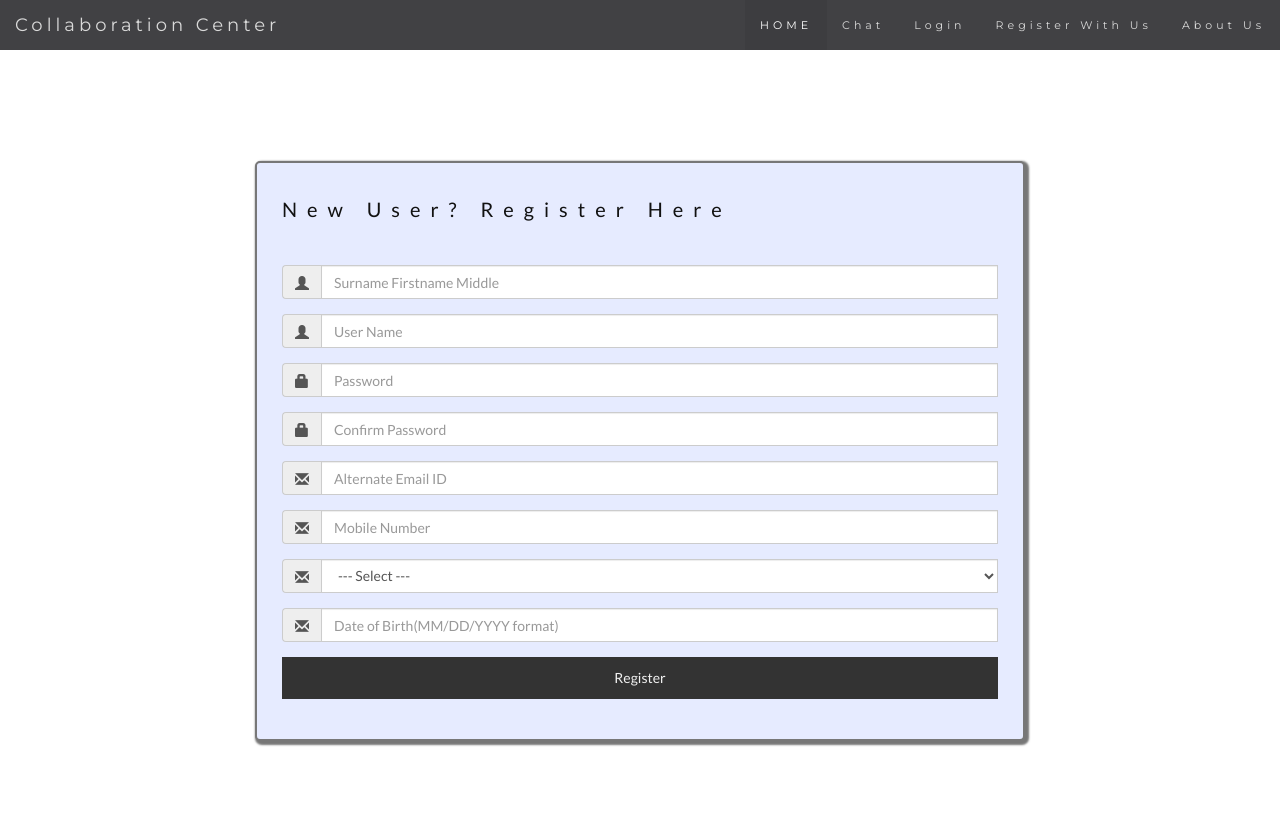
Repository: MokashiN/TestRepository
Page: http://localhost/MyChatApp/WEB-INF/views/Register.jsp
The author's editor kept a copy of each file at every save. The page is drawn from the files as they stood at one save, then again after the next save.
The browser window is 1280 px wide. The pictures show the whole page.
The page is served by Tomcat 9. Nobody is signed in. Other server files are loaded and not shown. The template is opened directly, without the code that normally fills it, so the values that code supplies are empty.

Above is the page before, as saved 2016-09-09 07:16:34.

### MyChatApp/src/main/webapp/WEB-INF/views/Register.jsp


<%@ page language="java" contentType="text/html; charset=ISO-8859-1"
    pageEncoding="ISO-8859-1"%>


<!DOCTYPE html PUBLIC "-//W3C//DTD HTML 4.01 Transitional//EN" "http://www.w3.org/TR/html4/loose.dtd">
<html>
<nav class="navbar navbar-default navbar-fixed-top">
  <div class="container-fluid">
    <div class="navbar-header">
      <button type="button" class="navbar-toggle" data-toggle="collapse" data-target="#myNavbar">
        <span class="icon-bar"></span>
        <span class="icon-bar"></span>
        <span class="icon-bar"></span>
      </button>
      <a class="navbar-brand" href="myPage">Collaboration Center</a>
    </div>
    <div class="collapse navbar-collapse" id="myNavbar">
      <ul class="nav navbar-nav navbar-right">
        <li><a href="#myPage">HOME</a></li>
        <li class="active"><a href="<y:url value='/Chat'/>"> Chat</a></li>
        <li class="active"><a href="<y:url value='/Login'/>"> Login</a></li>
        <li><a href="Register">Register With Us</a></li>
        <li><a href="AboutUs">About Us</a></li>
      </ul>
    </div>
  </div>
</nav>
<head>
 <script>
  function myFunction() {
   var pass1 = document.getElementById("pass1").value;
   var pass2 = document.getElementById("pass2").value;
   document.write(pass1);
   alert(pass1);
   var ok = true;
   if (pass1 != pass2) {
       alert("Passwords Do not match");
       document.getElementById("pass1").style.borderColor = "#E34234";
       document.getElementById("pass2").style.borderColor = "#E34234";
       ok = false;
   }
   //else {
      // alert("Passwords Match!!!");
  // }
   return ok;
}

  </script>
  </head>
<body >
<%@include file="header.jsp" %>
<br><br>
 <div class="container">
  <div class="row">
    <div class="Absolute-Center is-Responsive">
      <div id="logo-container"></div>
      <div class="col-sm-12 col-md-10 col-md-offset-1">
      <br/>
      <div style="border:2px solid;padding:25px;border-radius:5px 5px 5px 5px;box-shadow:2px 2px 2px 2px;background-color:#e6ebff">
      <div class="form-group input-group">

            <center><h3>New User? Register Here</a></h3></center>
          </div>

        <form:form method="POST" action="saveUser" class="login-form" commandName="userData">
         <div class="form-group input-group">
            <span class="input-group-addon"><i class="glyphicon glyphicon-user"></i></span>
            <form:input class="form-control" type="text" path='fullname'  placeholder="Surname Firstname Middle"/>
            <form:errors path="fullname" cssStyle="color: #ff0000;"/>
          </div>
         <div class="form-group input-group">
            <span class="input-group-addon"><i class="glyphicon glyphicon-user"></i></span>
            <form:input class="form-control" type="text" path='uname'  placeholder="User Name"/>
            <form:errors path="uname" cssStyle="color: #ff0000;"/>
          </div>
          <div class="form-group input-group">
            <span class="input-group-addon"><i class="glyphicon glyphicon-lock"></i></span>
            <form:input class="form-control" id="pass1" type="password" path='password' placeholder="Password"/>
            <form:errors path="password" cssStyle="color: #ff0000;"/>
          </div>
          <div class="form-group input-group">
            <span class="input-group-addon"><i class="glyphicon glyphicon-lock"></i></span>
            <form:input class="form-control" id="pass2" type="password" path='rpassword' placeholder="Confirm Password"/>
            <form:errors path="rpassword" cssStyle="color: #ff0000;"/>
          </div>
          <div class="form-group input-group">
            <span class="input-group-addon"><i class="glyphicon glyphicon-envelope"></i></span>
            <form:input class="form-control" path='emailid' placeholder="Alternate Email ID"/>
            <form:errors path="emailid" cssStyle="color: #ff0000;"/>
          </div>
          <div class="form-group input-group">
            <span class="input-group-addon"><i class="glyphicon glyphicon-envelope"></i></span>
            <form:input class="form-control" path='phone' placeholder="Mobile Number"/>
            <form:errors path="phone" cssStyle="color: #ff0000;"/>
          </div>

          <div class="form-group input-group">
            <span class="input-group-addon"><i class="glyphicon glyphicon-envelope"></i></span>
            <select path="gender"  id="gender" name="gender" class="form-control">
			   <option value="select">--- Select ---</option>
			   <option value="Male">Male</option>
			   <option value="Female">Female</option>
			</select>
          </div>
          <div class="form-group input-group">
            <span class="input-group-addon"><i class="glyphicon glyphicon-envelope"></i></span>
            <form:input class="form-control" path='dob' placeholder="Date of Birth(MM/DD/YYYY format)"/>
            <form:errors path="dob" cssStyle="color: #ff0000;"/>
          </div>
          <div class="form-group">
            <button class="btn btn-def btn-block"  onClick="return myFunction()">Register</button>
          </div>
        </form:form>


      </div>
    </div>
  </div>
</div>
</div>


</body>
</html>

### MyChatApp/src/main/webapp/WEB-INF/views/header.jsp
<html lang="en">
<head>
<!-- Theme Made By www.w3schools.com - No Copyright -->
<title>Bootstrap Theme The Band</title>
<meta charset="utf-8">
<meta name="viewport" content="width=device-width, initial-scale=1">

<%@taglib uri="http://www.springframework.org/tags/form" prefix="form"%>



<link rel="stylesheet"
	href="http://maxcdn.bootstrapcdn.com/bootstrap/3.3.6/css/bootstrap.min.css">
<link href="http://fonts.googleapis.com/css?family=Lato"
	rel="stylesheet" type="text/css">
<link href="http://fonts.googleapis.com/css?family=Montserrat"
	rel="stylesheet" type="text/css">
<script
	src="https://ajax.googleapis.com/ajax/libs/jquery/1.12.2/jquery.min.js"></script>
<script
	src="http://maxcdn.bootstrapcdn.com/bootstrap/3.3.6/js/bootstrap.min.js"></script>
<style>
body {
	font: 400 15px/1.8 Lato, sans-serif;
	color: #777;
}

h3, h4 {
	margin: 10px 0 30px 0;
	letter-spacing: 10px;
	font-size: 20px;
	color: #111;
}

.container {
	padding: 80px 120px;
}

.person {
	border: 10px solid transparent;
	margin-bottom: 25px;
	width: 80%;
	height: 80%;
	opacity: 0.7;
}

.person:hover {
	border-color: #f1f1f1;
}

.carousel-inner img {
	-webkit-filter: grayscale(90%);
	filter: grayscale(90%); /* make all photos black and white */
	width: 100%; /* Set width to 100% */
	margin: auto;
}

.carousel-caption h3 {
	color: #fff !important;
}

@media ( max-width : 600px) {
	.carousel-caption {
		display: none;
		/* Hide the carousel text when the screen is less than 600 pixels wide */
	}
}

.bg-1 {
	background: #2d2d30;
	color: #bdbdbd;
}

.bg-1 h3 {
	color: #fff;
}

.bg-1 p {
	font-style: italic;
}

.list-group-item:first-child {
	border-top-right-radius: 0;
	border-top-left-radius: 0;
}

.list-group-item:last-child {
	border-bottom-right-radius: 0;
	border-bottom-left-radius: 0;
}

.thumbnail {
	padding: 0 0 15px 0;
	border: none;
	border-radius: 0;
}

.thumbnail p {
	margin-top: 15px;
	color: #555;
}

.btn {
	padding: 10px 20px;
	background-color: #333;
	color: #f1f1f1;
	border-radius: 0;
	transition: .2s;
}

.btn:hover, .btn:focus {
	border: 1px solid #333;
	background-color: #fff;
	color: #000;
}

.modal-header, h4, .close {
	background-color: #333;
	color: #fff !important;
	text-align: center;
	font-size: 30px;
}

.modal-header, .modal-body {
	padding: 40px 50px;
}

.nav-tabs li a {
	color: #777;
}

#googleMap {
	width: 100%;
	height: 400px;
	-webkit-filter: grayscale(100%);
	filter: grayscale(100%);
}

.navbar {
	font-family: Montserrat, sans-serif;
	margin-bottom: 0;
	background-color: #2d2d30;
	border: 0;
	font-size: 11px !important;
	letter-spacing: 4px;
	opacity: 0.9;
}

.navbar li a, .navbar .navbar-brand {
	color: #d5d5d5 !important;
}

.navbar-nav li a:hover {
	color: #fff !important;
}

.navbar-nav li.active a {
	color: #fff !important;
	background-color: #29292c !important;
}

.navbar-default .navbar-toggle {
	border-color: transparent;
}

.open .dropdown-toggle {
	color: #fff;
	background-color: #555 !important;
}

.dropdown-menu li a {
	color: #000 !important;
}

.dropdown-menu li a:hover {
	background-color: red !important;
}

footer {
	background-color: #2d2d30;
	color: #f5f5f5;
	padding: 32px;
}

footer a {
	color: #f5f5f5;
}

footer a:hover {
	color: #777;
	text-decoration: none;
}

.form-control {
	border-radius: 0;
}

textarea {
	resize: none;
}
</style>
</head>
<body id="myPage" data-spy="scroll" data-target=".navbar"
	data-offset="50">


</body>
</html>

After the next save:
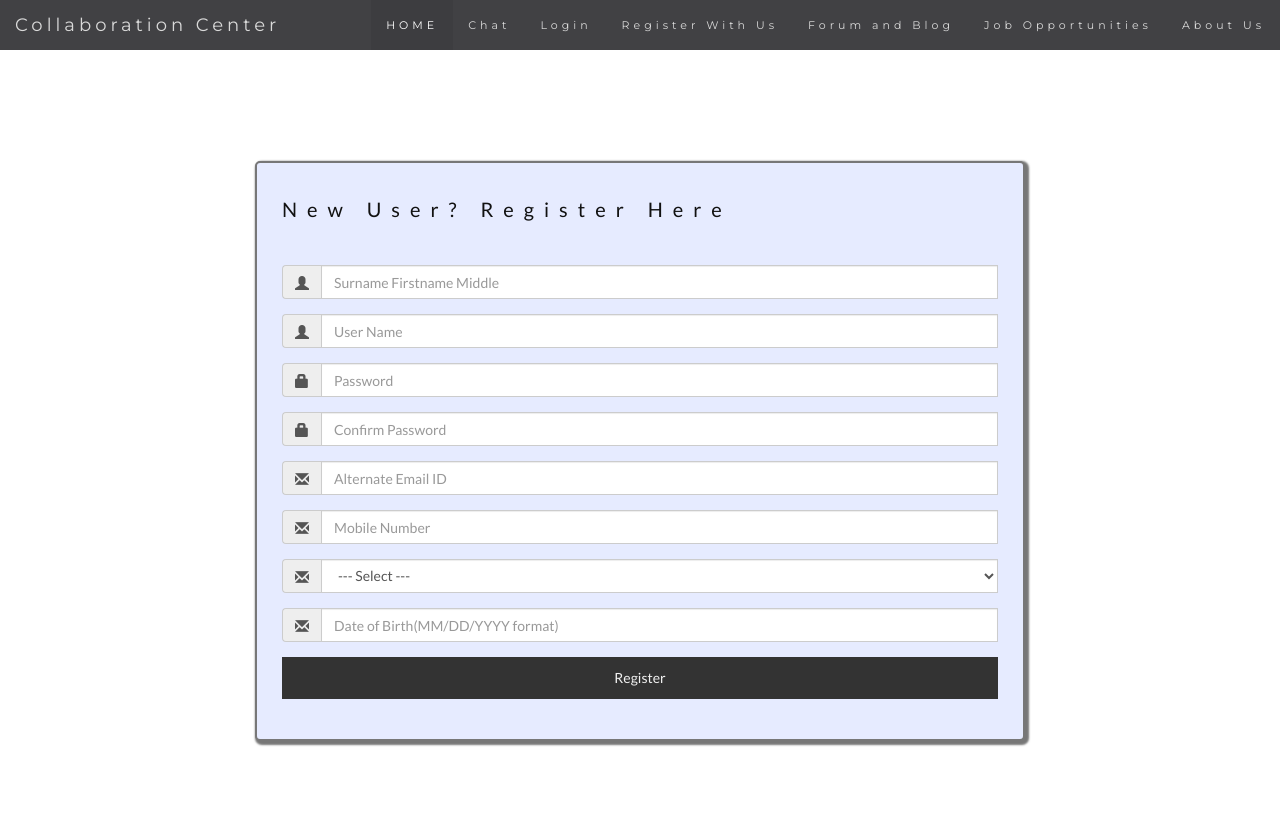
Saved 15 min 9 s later.
--- a/MyChatApp/src/main/webapp/WEB-INF/views/Register.jsp
+++ b/MyChatApp/src/main/webapp/WEB-INF/views/Register.jsp
@@ -18,10 +18,12 @@
     </div>
     <div class="collapse navbar-collapse" id="myNavbar">
       <ul class="nav navbar-nav navbar-right">
-        <li><a href="#myPage">HOME</a></li>
+         <li><a href="#myPage">HOME</a></li>
         <li class="active"><a href="<y:url value='/Chat'/>"> Chat</a></li>
         <li class="active"><a href="<y:url value='/Login'/>"> Login</a></li>
         <li><a href="Register">Register With Us</a></li>
+        <li><a href="other">Forum and Blog</a></li>
+        <li><a href="other1">Job Opportunities</a></li>
         <li><a href="AboutUs">About Us</a></li>
       </ul>
     </div>
